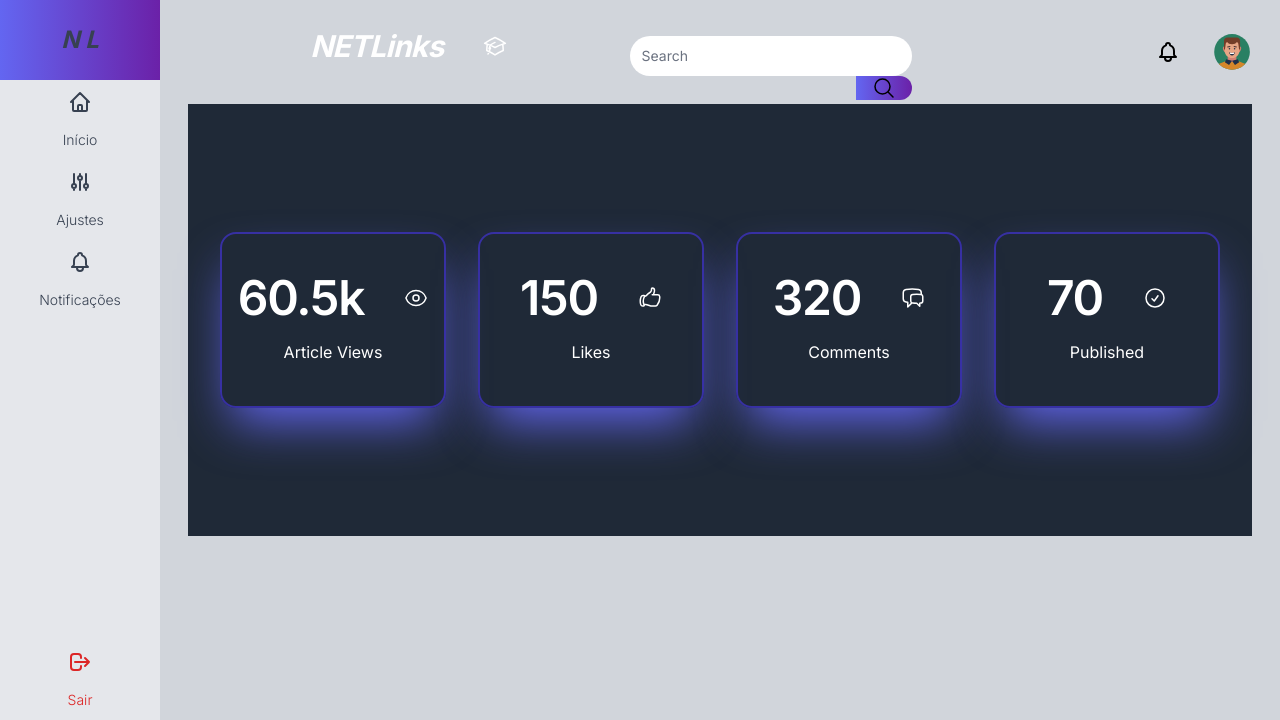
Repository: KennedyWanderson/AdminDashboard
Page: / (app in Code/admindashboard/)
An editor plug-in stored every save of this project. The page is shown before and after the next save, followed by the edit.
The browser window is 1280 px wide. The pictures show the whole page.
The project was rebuilt for these pictures with package versions that can differ from the ones it lists, and the page was loaded fresh each time. The framework's server and built-in components were replaced by stand-ins that run in the browser. Also part of the build but not shown: Code/admindashboard/next.config.mjs.

Above is the page before, as saved 2024-06-24 20:28:04.

After the next save:
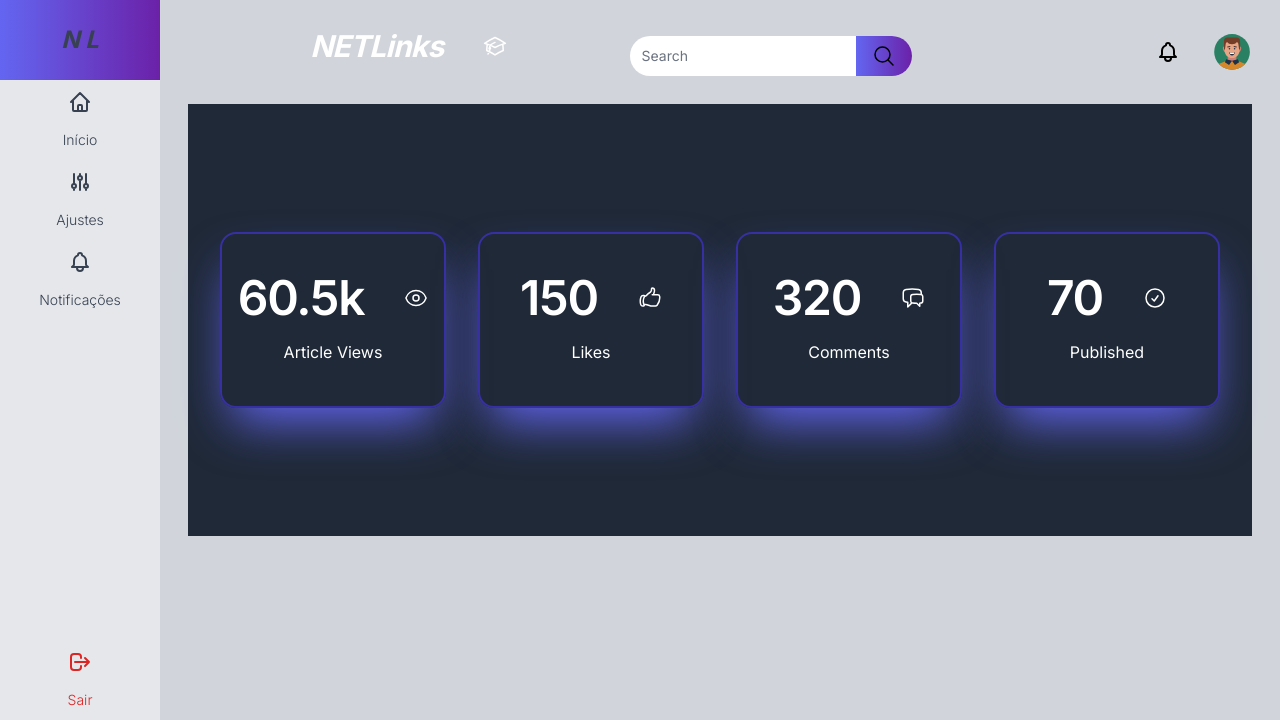
Saved 13 s later.
--- a/Code/admindashboard/src/components/Header.jsx
+++ b/Code/admindashboard/src/components/Header.jsx
@@ -38,7 +38,7 @@ export default function Header({ titulo, subtitulo }) {
                         id="search"
                         className="w-full rounded-full py-2 px-6"
                     />
-                    <div className="absolute inset-[-1] px-4 right-0 flex items-center rounded-r-full bg-gradient-to-r from-indigo-500 to-purple-800 cursor-pointer">
+                    <div className="absolute inset-y-0 px-4 right-0 flex items-center rounded-r-full bg-gradient-to-r from-indigo-500 to-purple-800 cursor-pointer">
                         {IconeSearch}
                     </div>
                 </div>
